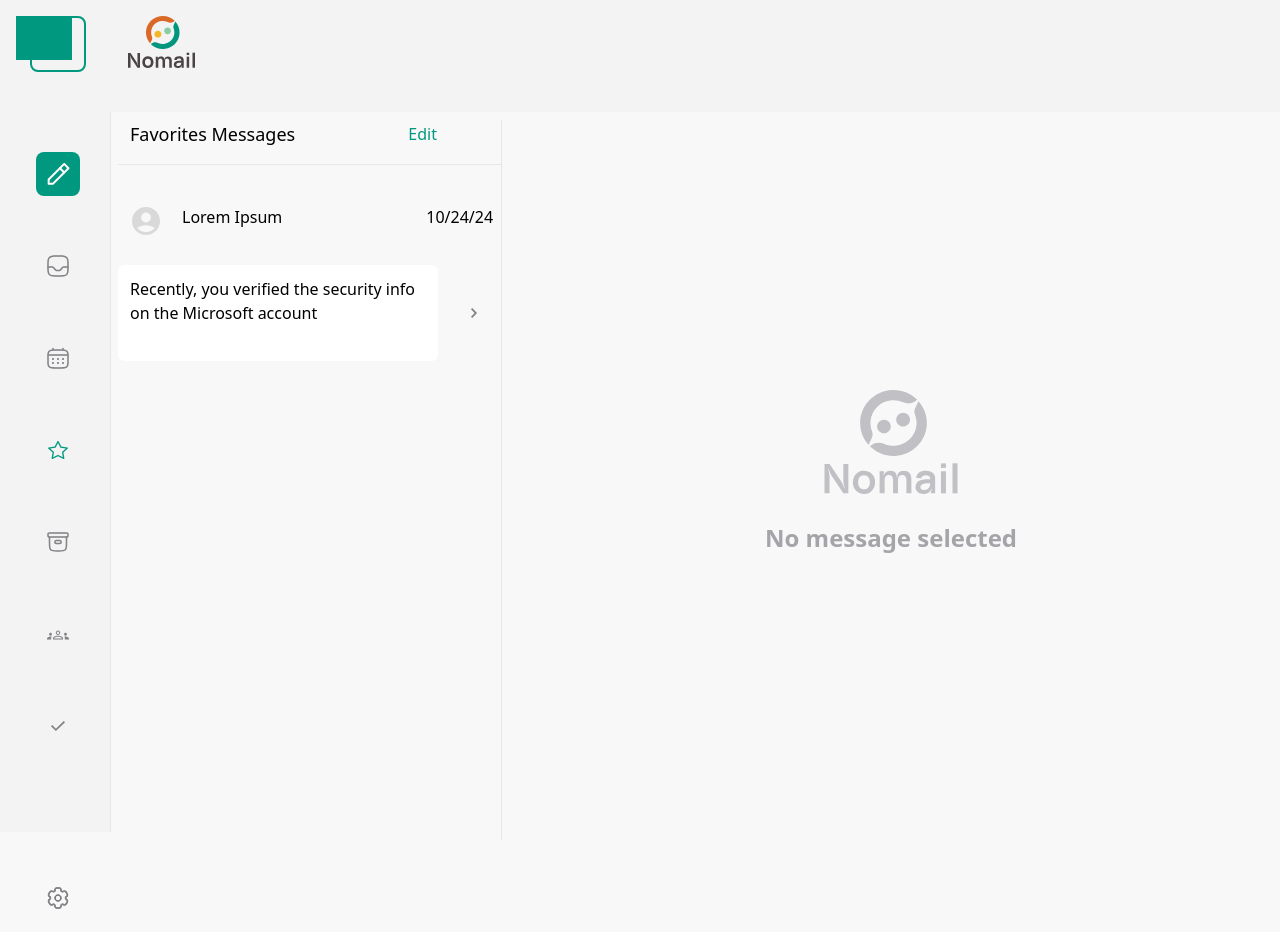
Repository: Tofigkh1/Nomail-App
Page: /favorites
The author's editor kept a copy of each file at every save. The page is drawn from the files as they stood at one save, then again after the next save.
The browser window is 1280 px wide. The pictures show the whole page.
The project was rebuilt for these pictures with package versions that can differ from the ones it lists, and the page was loaded fresh each time. The framework's server and built-in components were replaced by stand-ins that run in the browser. Also part of the build but not shown: next.config.mjs, components/shared/svg/FavoritesSvg.jsx, components/shared/svg/calendarActiveSvg.jsx.

Above is the page before, as saved 2024-10-23 13:42:21.

After the next save:
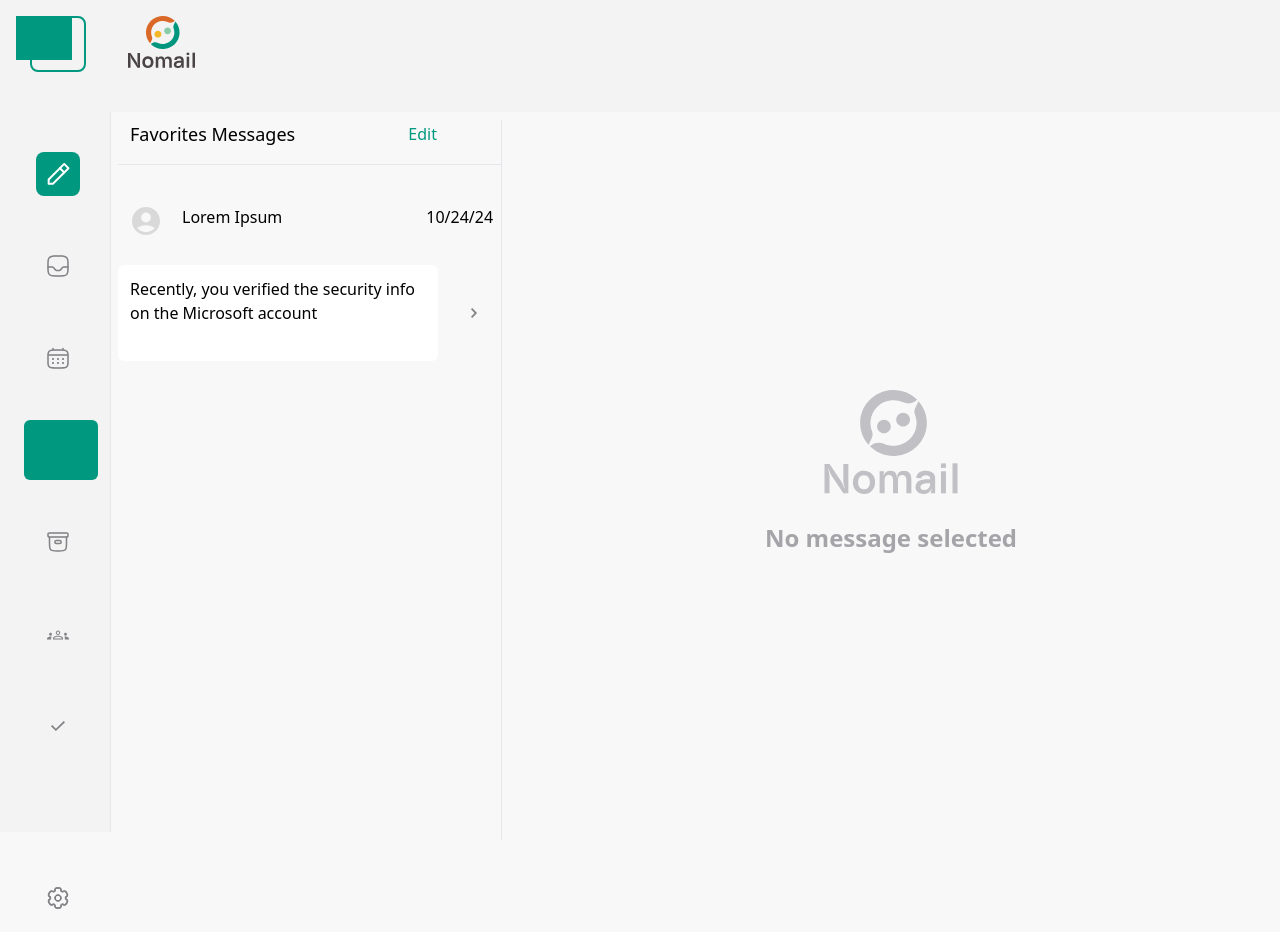
Saved 68 s later.
--- a/components/shared/client/SideBarMenu/sideBarMenu.tsx
+++ b/components/shared/client/SideBarMenu/sideBarMenu.tsx
@@ -43,7 +43,7 @@
             className={`group relative flex items-center py-2 px-3 my-1 font-medium rounded-md cursor-pointer transition-colors mt-8
                 ${
                   active
-                    ? "text-mainRedLight" // Active item style
+                    ? "bg-textColorGreen" // Active item style
                     : expanded // Eğer expanded true ise hover stilini ekle
                     ? "hover:bg-textColorGreen"
                     : "" // Expanded değilse hover stili olmasın

After the save that followed:
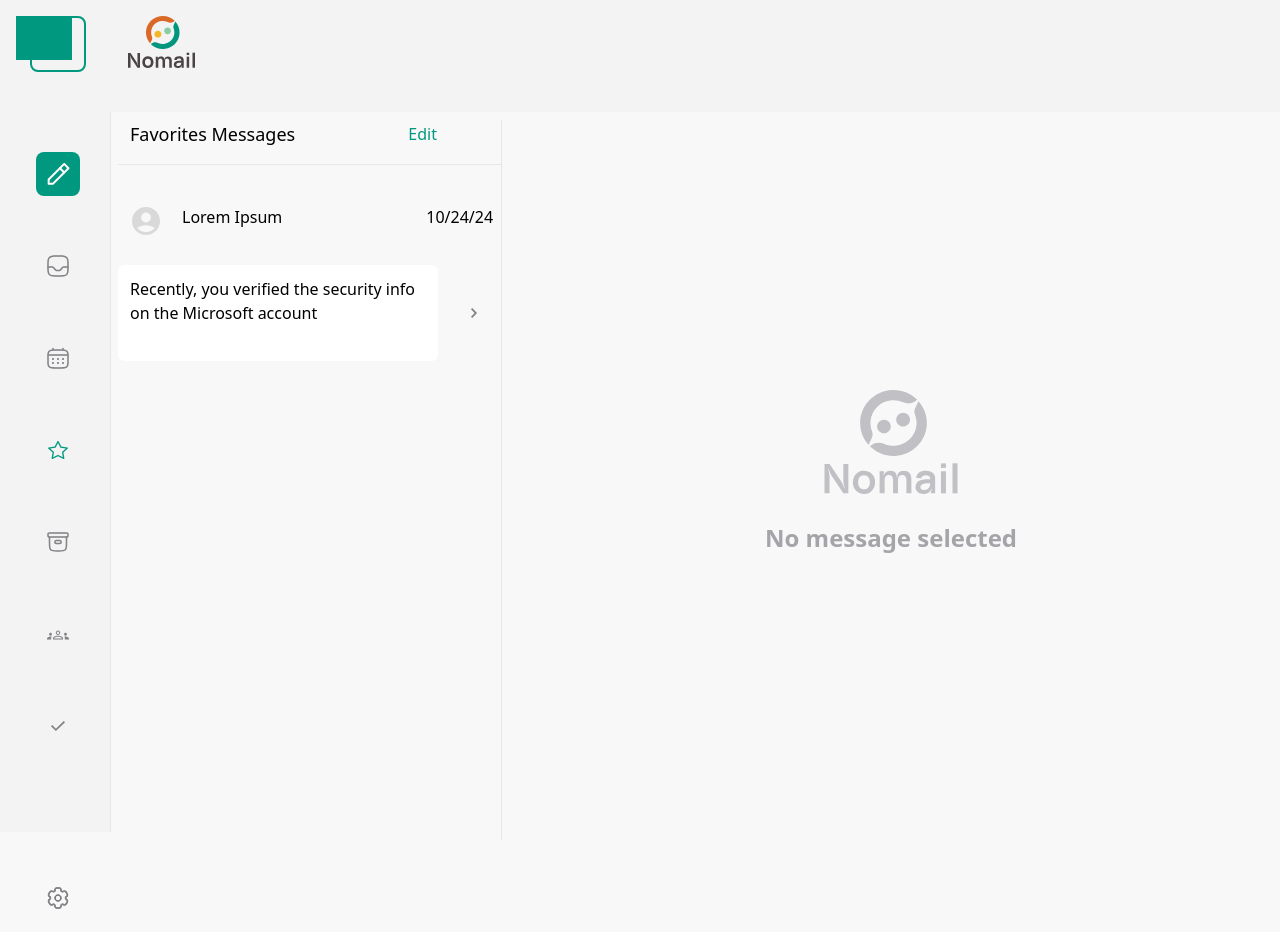
Saved 14 s later.
--- a/components/shared/client/SideBarMenu/sideBarMenu.tsx
+++ b/components/shared/client/SideBarMenu/sideBarMenu.tsx
@@ -43,7 +43,7 @@
             className={`group relative flex items-center py-2 px-3 my-1 font-medium rounded-md cursor-pointer transition-colors mt-8
                 ${
                   active
-                    ? "bg-textColorGreen" // Active item style
+                    ? "text-mainRedLight" // Active item style
                     : expanded // Eğer expanded true ise hover stilini ekle
                     ? "hover:bg-textColorGreen"
                     : "" // Expanded değilse hover stili olmasın
